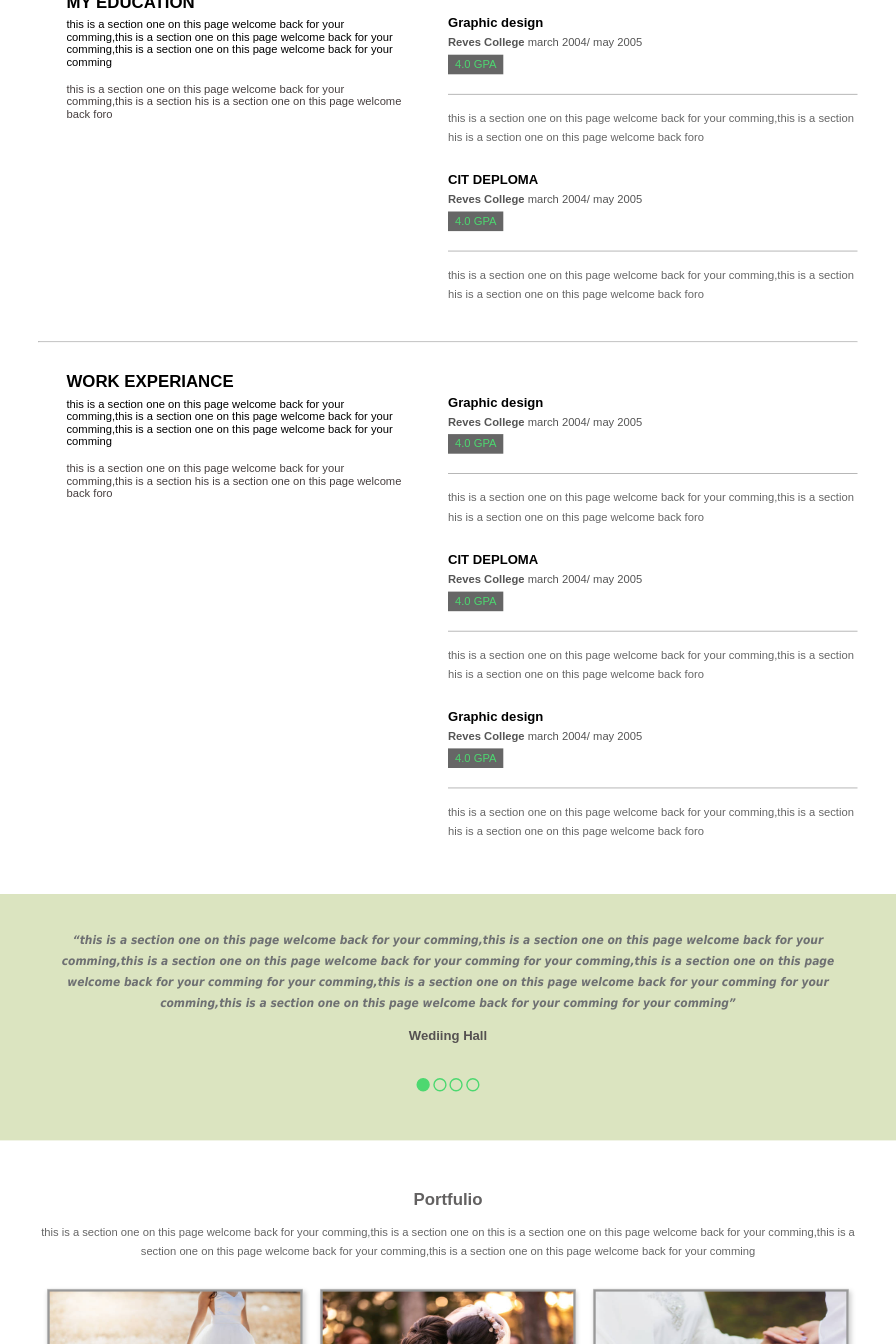
Repository: special4Party/Graduation-project-wedding-hall
Page: pages/index.html
These files come from the project's save history. The page is drawn as it stood at one moment and after the next save; the edit follows.
The browser window is 1280 px wide. The pictures show the part of the page from y = 2273 to 4193 px (the page is 5746 px tall before and 5521 px after), at 70% of full size.

Above is the page before, as saved 2022-04-02 16:25:25.

### pages/index.html
<!DOCTYPE html>
<html>
<head>
	<meta charset="utf-8">
	<title>Home Page - Spical Party</title>
	<link rel="stylesheet"  href="css/normalize.css">
	<link rel="stylesheet" href="css/cssstyleHome.css">
</head>
<body>
	<!-- start header -->
     <div class="header">
		 <div class="slider">
			 <div class="container">
				 <div class="intro">
					 <h2>Welcome</h2>
					 <button>Know More</button>
				 </div>
			 </div>
		 </div>
			<div class="navbar">
				<div class="container">

					<h2 > <span>Special</span>  Party </h2>
					<ul>
						<li class="active"><a href="#">Home</a> </li>
						<li><a href="#">About us</a></li>
						<li><a href="#">Skils</a></li>
						<li><a href="#">Contact us</a></li>
					</ul>
			    </div>
			</div>
	 </div>
	<!-- End header -->

	<!-- Start features -->
<div class="features">
	<div class="container">
		<div class="feat">
		   <h2> values</h2>
		   <p> this is a section one on this page welcome back for your comming ,this is a section one on this page welcome back for your comming</p>
		</div>
		<div class="feat">
		   <h2> Goals</h2>
		   <p> this is a section one on this page welcome back for your comming,this is a section one on this page welcome back for your comming</p>
		</div>
		<div class="feat">
			<h2> Skils</h2>
			<p> this is a section one on this page welcome back for your comming,this is a section one on this page welcome back for your comming</p>
		</div>
	</div>
</div>
	<!-- End features -->

	<!-- Start About us -->
<div class="about-us">
	<div class="container">
		<div class="image">
           <img src="../images/15.jpg" alt="test" >
		</div>
		<div class="info">
           <h2> About us </h2>
		   <p>
			this is a section one on this page welcome back for your comming,this is a section one on this page welcome back for your comming,this is a section one on this page welcome back for your comming.</p>
			<p>this is a section one on this page welcome back for your comming,this is a section one on this page welcome back for your comming,this is a section one on this page welcome back for your comming </p>
		   <div class="hobbies">
			  <!-- start about box content -->
			   <div class="content">
				    <!-- start icon div-->
					<div class="icons">
						<img src="../images/a.png" alt="">
					</div>
					<!-- End icon div-->
					<!-- start text div-->
					<div class="text">
						<h3>web design</h3>
						<p>this is a section one on this page welcome back for your comming,</p>
			        </div>
					<!-- End text div-->
			   </div>
			    <!-- End about box content -->
			   <!-- start about box content -->
			   <div class="content">
				<!-- start icon div-->
				<div class="icons">
					<img src="../images/b.png" alt="">
				</div>
				<!-- End icon div-->
				<!-- start text div-->
				<div class="text">
					<h3>markiting</h3>
					<p>this is a section one on this page welcome back for your comming,</p>
				</div>
				<!-- End text div-->
		   </div>
			<!-- End about box content -->
			<!-- start about box content -->
			<div class="content">
				<!-- start icon div-->
				<div class="icons">
					<img src="../images/c.png" alt="">
				</div>
				<!-- End icon div-->
				<!-- start text div-->
				<div class="text">
					<h3>seo</h3>
					<p>this is a section one on this page welcome back for your comming,</p>
				</div>
				<!-- End text div-->
		   </div>
			<!-- End about box content -->
			<!-- start about box content -->
			<div class="content">
				<!-- start icon div-->
				<div class="icons">
					<img src="../images/a.png" alt="">
				</div>
				<!-- End icon div-->
				<!-- start text div-->
				<div class="text">
					<h3>animation</h3>
					<p>this is a section one on this page welcome back for your comming,</p>
				</div>
				<!-- End text div-->
		   </div>
			<!-- End about box content -->
		   </div>
		</div>
	</div>
</div>
	<!-- End About us -->

	<!-- Start skills -->
<div class="my-skills">
	<div class="container">
		<div class="skills">
			<h2>my skills</h2>
			<p>this is a section one on this page welcome back for your comming,this is a section one on this page welcome back for your comming,this is a section one on this page welcome back for your comming</p>
			<p>this is a section one on this page welcome back for your comming,this is a section one on this page welcome back for your comming,this is a section one on this page welcome back for your comming</p>
			<button class="my-button">contact us</button>
		</div>
		<div class="progress">
			<div class="tools">
				<h3>HTML / CSS</h3>
				<div>
					<span style="width: 77%;">77% &nbsp</span>
				</div>
			</div>

			<div class="tools">
				<h3>php</h3>
				<div>
					<span style="width: 70%;">70% &nbsp</span>
				</div>
			</div>

			<div class="tools">
				<h3>HTML / CSS</h3>
				<div>
					<span style="width: 85%;">85% &nbsp</span>
				</div>
			</div>

			<div class="tools">
				<h3>HTML / CSS</h3>
				<div>
					<span style="width: 90%;">90% &nbsp</span>
				</div>
			</div>
		</div>
	</div>
</div>
	<!-- End Skils -->

    <!-- Start resume -->
<div class="resume">
	<div class="container">
		<h2> Resum </h2>
		<p>this is a section one on this page welcome back for your comming,this is a section one on this page welcome back for your comming,this is a section one on this page welcome back for your comming</p>
		<button class="my-button">download Resum</button>
	</div>
</div>
    <!-- End resume -->

	<!-- Start Education -->
<div class="my-education">
	<div class="container">
		<div class="main">
			<h2>my Education</h2>
			<p>this is a section one on this page welcome back for your comming,this is a section one on this page welcome back for your comming,this is a section one on this page welcome back for your comming</p>
			<p>this is a section one on this page welcome back for your comming,this is a section his is a section one on this page welcome back foro</p>
		</div>
		<div class="expe">
		    <div class="section1">
				<!--   اس اس  سي تنسيقات اله ما
				 المحتوى لالم  بس الكلاس  هاد  -->
				<h3>Graphic design</h3>
				<span><strong>Reves College</strong> march 2004/ may 2005</span>
				<span>4.0 GPA</span>
				<hr>
				<p>this is a section one on this page welcome back for your comming,this is a section his is a section one on this page welcome back foro</p>
			</div>
				<!--   اس اس  سي تنسيقات اله ما
				 المحتوى لالم  بس الكلاس  هاد  -->
			<div class="section2">
				<h3>CIT DEPLOMA</h3>
				<span><strong>Reves College</strong> march 2004/ may 2005</span>
				<span>4.0 GPA</span>
				<hr>
				<p>this is a section one on this page welcome back for your comming,this is a section his is a section one on this page welcome back foro</p>
			</div>
		</div>
		<div class="clearfix"></div>
		<hr>
		<div class="main">
			<h2>work EXPERIANCE</h2>
			<p>this is a section one on this page welcome back for your comming,this is a section one on this page welcome back for your comming,this is a section one on this page welcome back for your comming</p>
			<p>this is a section one on this page welcome back for your comming,this is a section his is a section one on this page welcome back foro</p>
		</div>
		<div class="expe">
		    <div class="cestion1">
				<!--   اس اس  سي تنسيقات اله ما
				 المحتوى لالم  بس الكلاس  هاد  -->
				<h3>Graphic design</h3>
				<span><strong>Reves College</strong> march 2004/ may 2005</span>
				<span>4.0 GPA</span>
				<hr>
				<p>this is a section one on this page welcome back for your comming,this is a section his is a section one on this page welcome back foro</p>
			</div>
				<!--   اس اس  سي تنسيقات اله ما
				 المحتوى لالم  بس الكلاس  هاد  -->
			<div class="cestion2">
				<h3>CIT DEPLOMA</h3>
				<span><strong>Reves College</strong> march 2004/ may 2005</span>
				<span>4.0 GPA</span>
				<hr>
				<p>this is a section one on this page welcome back for your comming,this is a section his is a section one on this page welcome back foro</p>
			</div>
			<div class="cestion3">
				<!--   اس اس  سي تنسيقات اله ما
				 المحتوى لالم  بس الكلاس  هاد  -->
				<h3>Graphic design</h3>
				<span><strong>Reves College</strong> march 2004/ may 2005</span>
				<span>4.0 GPA</span>
				<hr>
				<p>this is a section one on this page welcome back for your comming,this is a section his is a section one on this page welcome back foro</p>
			</div>
		</div>
	</div>
</div>
    <!-- End Education -->

	<!-- start test-imonias -->
<div class="test-imonias">
	<div class="container">
		<q>this is a section one on this page welcome back for your comming,this is a section one on this page welcome back for your comming,this is a section one on this page welcome back for your comming for your comming,this is a section one on this page welcome back for your comming for your comming,this is a section one on this page welcome back for your comming for your comming,this is a section one on this page welcome back for your comming for your comming</q>
		<h3>Wediing Hall</h3>
		<ul>
			<li class="active"></li>
			<li></li>
			<li></li>
			<li></li>
		</ul>
	</div>
</div>
	<!-- End test-imonias -->

	<!-- start portfulio -->
<div class="portfulio">
	<div class="container">
		<h2>Portfulio</h2>
		<p>this is a section one on this page welcome back for your comming,this is a section one on this is a section one on this page welcome back for your comming,this is a section one on this page welcome back for your comming,this is a section one on this page welcome back for your comming</p>
		<div class="our-work">
			<div><img src="../images/2.jpg" alt="test" width="200" height="200"></div>
			<div><img src="../images/3.jpg" alt="test" width="200" height="200"></div>
			<div><img src="../images/4.jpg" alt="test" width="200" height="200"></div>
			<div><img src="../images/5.jpg" alt="test" width="200" height="200"></div>
			<div><img src="../images/6.jpg" alt="test" width="200" height="200"></div>
			<div><img src="../images/7.jpg" alt="test" width="200" height="200"></div>
			<div><img src="../images/8.jpg" alt="test" width="200" height="200"></div>
			<div><img src="../images/9.jpg" alt="test" width="200" height="200"></div>
			<div><img src="../images/10.jpg" alt="test" width="200" height="200"></div>

		</div>
	</div>
</div>
	<!-- End portfulio -->

	<!-- start contact us-->
<div class="contact">
	<div class="container">
		<div class="info-contact">
			<h2>contact us</h2>
			<p>this is a section one on this page welcome back for your comming,this is a section one on this page welcome back for your comming,this is a section one on this page welcome back for your comming</p>
			<p>
				123 streat name<br>

				Ciro

			</p>
			<p>
				<strong>Email-@ : </strong>weddinghall@gmail.com<br>
				<strong>Phone : </strong>+9700473889
			</p>
		</div>
		<form class="form">
			<label>Name : </label>
			<input type="text">
			<label>Email Address : </label>
			<input type="email">
			<label>Phone: </label>
			<input type="tel">
			<label>Note : </label>
			<textarea></textarea>
			<input type="submit" value="Contact Us">
		</form>
	</div>
</div>
	<!-- End contact us -->

	<!-- start footer -->
<div class="footer">
	<div class="container">
		<span>copyright &copy; 2014 wedding hall</span>
		<ul>
			<li>
				<a href="http://facebook.com">
				    <img src="../images/face.png"alt="facebook">
			    </a>
			</li>
			<li>
				<a href="http://web.whatsapp.com">
				    <img src="../images/what.png"alt="whatsapp">
			    </a>
			</li>
			<li>
				<a href="http://accounts.snapchat.com">
			    	<img src="../images/snap.png"alt="snapchat">
			    </a>
			</li>
			<li>
				<a href="http://www.instagram.com">
					<img src="../images/insta.png"alt="instagram">
				</a>
			</li>
		</ul>
	</div>
</div>

	<!-- End footer-->

</body>
</html>

### pages/css/cssstyleHome.css

/* Start main rules */
body{
background-color:white;
}
.container{
    width: 1170px;
    margin: auto;
}

.clearfix{
    clear: both; /* تعالج الفلوت الخاصة باليمين واليسار */
}

/* End main rules */
/* ----------------------------------------- */
/* Start header */
.header .slider{
/*background-color: rgb(228, 177, 215); */
    height: 550px;
    background-image: url("../../images/25.jpg");
    background-size: cover;
    -webkit-background-size: cover;
    -moz-background-size: cover;
    -o-background-size: cover;
    background-position: center;
    background-repeat: no-repeat;
    color:rgb(61, 22, 151);
}

.header .slider .intro {
  height: 500px;
  padding: 250px;
  text-align: center;

}

.header .slider .intro button{
    background: none;
    padding: 10px 20px;
    margin-top: 40px;
    font-size: 17px;
    border: 2px solid rgb(123, 9, 151);
    font-weight: bold;
    font-size: 15px;
}
.header .slider .intro button:hover{
    background-color: rgb(206, 176, 204);
    font-weight: bold;
}

.header .slider .intro h2{
    margin: 0px auto;
    font-size: 45px;
    width: 200px;
    border-top: 4px solid rgb(123, 9, 151);
    border-bottom: 4px solid rgb(123, 9, 151);
    padding: 5px 0px;

}

.header .navbar{
background-color: rgb(206, 176, 204);
color: rgb(123, 9, 151);
overflow: hidden;
}

.header .navbar h2{
    float: left;
    text-transform: uppercase;
}

.header .navbar h2 span{
float: left;
color: rgb(51, 14, 136);
font-size: 40px;
}

.header .navbar ul{
list-style: none;
padding-left: 0px;
overflow: hidden;
float: right;
}

.header .navbar ul li {
    float: left;
    padding: 10px;
    text-transform: uppercase;

}

.header .navbar ul li a {
color: white;
text-decoration: none;
font-weight: bold;
}

.header .navbar ul li.active a,
.header .navbar ul li a:hover {
    color: rgb(51, 14, 136);
}
/* End header */
/* ----------------------------------------- */
/* start features */
.features{
overflow: hidden;
padding-top: 50px;
padding-bottom: 70px;
}
.features .feat{
    float: left;
    width: 33.3333%;
    height: 150px;
   /*
    background-color: rgb(185, 93, 93);
   */
}

.features .feat h2{
    text-transform: uppercase;
    color:  rgb(51, 14, 136);;

}
.features .feat p{
    line-height: 1.7;
    color: rgb(182, 155, 180);
    text-align:left;
    padding: 0px 30px 0px 0px;
}
/* End features */
/*-----------------------------------------*/
/* start about us */
.about-us{
    background-color: rgb(206, 176, 204);
    overflow: hidden;
}

.about-us .image{
    float: left;
    margin-top: 10%;
    width: 35%;
}

.about-us .image img{
    width: 100%;
}

.about-us .info{
    float:left;
    text-align: left;
    width: 65%;
}

.about-us .info h2{
    text-transform: uppercase;
    margin: 40px 0px 20px 40px;
    line-height: 1.7;
    color:  rgb(51, 14, 136);;
}

.about-us .info > p{
    margin: 0px 0px 10px 40px;
}

.about-us .info > p:last-of-type{
 /*  هاي معناها اخر براغراف بس  من البراغرافس اللي جوا الانفو اعطيها هاي الخصائص */
    margin-top: 20px;
    color: rgb(100, 41, 128);
}
.about-us .info p{
   line-height: 21.4px;
    color: rgb(100, 41, 128);
}

.about-us .info .hobbies{
    overflow: hidden;
    margin: 40px 0px 0px 40px;
}

.about-us .info .hobbies .content{
    float: left;
    width: 50%;
    min-height: 100px;
    overflow: hidden;
}
.about-us .info .hobbies .content .icons{
    float: left;
    width: 20%;
    margin-right: 5%;/* %25 =  المارجن هون مع الويدث
                 لتيكست  لويدث   بنعطيهم  75%   بضل   */

}
.about-us .info .hobbies .content .icons img{
    max-width: 100%; /* هاي عشان  صورة الايقونة ما تطلع عن الويدث اللي حطينالها ياه اللي هو 40 بكسل  */
    margin: 20px 10px 0px 0px;
 /* margin : فوق يمين تحت يسار */

}
.about-us .info .hobbies .content .text{
    float: left;
    width: 75%;

}
.about-us .info .hobbies .content .text h3{
    color:  rgb(51, 14, 136);
}
/* End about us */
/*--------------------------------------- */
/* Start skills*/
.my-skills{
    padding-top: 30px;
    padding-bottom: 50px;
    overflow: hidden;
}

.my-skills .skills ,
.my-skills .progress{
width: 50%;
float: left;
padding-top: 30px;
padding-bottom: 30px;
}

.my-skills .skills h2{
    text-transform: uppercase;
    margin: 40px 0px 20px 40px;
    line-height: 1.6;
    color:  rgb(51, 14, 136);;
}

.my-skills .skills p{
    margin: 0px 0px 10px 40px;
    color: rgb(123, 9, 151);;
}

.my-skills .skills p:last-of-type{
 /*  هاي معناها اخر براغراف بس  من البراغرافس اللي جوا الانفو اعطيها هاي الخصائص */
    margin-top: 20px;
    color: rgb(123, 9, 151);
}
.my-skills .skills button{
    margin-left: 198px;
    margin-top: 57px;
}
.my-skills .skills button:hover{
    border: 3px solid #c64bd1 ;
    color: #b454b4;
    font-size: 15px;
    font-weight: bold;
}

.my-skills .progress .tools{
    margin-left: 50px;
    color:  rgb(39, 4, 121);;
}
.my-skills .progress .tools div{
    background-color: #f7aae0 ;
    height: 25px;
}
.my-skills .progress .tools div span{
    background-color: rgb(207, 87, 201);;
    height: 25px;
    text-align: right;
    line-height: 25px;
    display: block;
    color: white;
    font-weight: bold;
}

/* End skills */
/* ------------------------------------------ */
/* Start resume */
.resume{
    background-color: rgb(206, 176, 204);
    padding-top: 50px;
    padding-bottom: 70px;
    text-align: center;
}
.resume h2{
    text-transform: uppercase;
    font-weight: bold;
    color:  rgb(51, 14, 136);
}

.resume p{
    color: rgb(123, 9, 151);
    line-height: 1.7;
}

.resume button{
    margin-top: 30px;
}
.resume button:hover{
    border: 3px solid #7c055e ;
    color: #7c055e ;
}

/* End resume */
/* ---------------------------------------------------*/
/* start education */
.my-education{
    padding-top: 30px;
    padding-bottom: 30px;
    overflow: hidden;
}
.my-education .main{
    width: 45%;
    float: left;
    margin-right: 5%;
    padding-top: 30px;
    padding-bottom: 30px;
}

.my-education .expe{
    width: 50%;
    float: left;
    padding-top: 30px;
    padding-bottom: 30px;
}

.my-education .expe h3{
    margin-top: 37px;
    margin-bottom: 8px;
}


.my-education .expe span{
    display: block;
    margin-bottom: 8px;
}

.my-education .expe span:first-of-type{
    color: #555;
}

.my-education .expe span:last-of-type{
    color: #4dd870;
    background-color: #666;
    display: inline-block;
    padding: 5px 10px;
}

.my-education .expe hr{
    margin: 20px 0px;
    background-color: #999;
   height: 1px;
   border: 0px;

}

.my-education .expe p{
    line-height: 1.7;
    color: #666;
}

.my-education .work,
.my-education .expe{
    width: 50%;
    float: left;
    padding-top: 30px;
    padding-bottom: 30px;
}

.my-education .main h2,
.my-education .work h2{
    text-transform: uppercase;
    margin: 15px 0px 20px 40px;
    line-height: 6px;

}

.my-education .main p ,
.my-education .work p
{
    margin: 0px 0px 10px 40px;
}

.my-education .main p:last-of-type{
    margin-top: 20px;
    color: rgb(71, 64, 64);
}




/* End educatiom*/
/* ------------------------------------------------*/
/* start test-imonias*/
.test-imonias{
    background-color: rgb(219, 228, 192);
    padding-top: 50px;
    padding-bottom: 50px;
    text-align: center;
}

.test-imonias q{
    color: rgb(110, 112, 114);
    font:italic bold 17px/1.8 tahoma,arial;
}

.test-imonias h3{
    color: rgb(85, 81, 81);
    margin-bottom: 30px;
}

.test-imonias ul{
    list-style: none;
    padding-left: 0;
    text-align: center;
    margin-top: 50px;
}

.test-imonias ul li{
    border: 2px solid #4dd870;
    border-radius: 20px;
    width: 15px;
    height: 15px;
    display: inline-block;
    cursor: pointer; /*  ايد  بصير الماوس شكل هاد */
}
.test-imonias ul li.active,
.test-imonias ul li:hover{

    background-color: #4dd870;
}

/* End test-imonias*/
/* ---------------------------------------------*/
/* start portfiulio*/
.portfulio{
    padding-top: 50px;
    padding-bottom: 70px;
    text-align: center;
}

.portfulio h2{
    color: rgb(99, 97, 97);
}

.portfulio p{
    line-height: 1.7;
    color: #666;
    margin-bottom: 30px;
}

.portfulio .our-work{
overflow: hidden;
}

.portfulio .our-work > div{  /* اشارة الاكبر معناها الديف اللي جواه فورا اول ابن له يعني */
float: left;
width: 33.3333%;
margin-bottom: 10px;
}
.portfulio .our-work > div img{
    width: 92%;
    margin: 10px;
    padding:3px ;
    background-color: #999;
    border: 1px solid #ccc;
    box-shadow: 2px 3px 7px #ccc;
}
/* End portfiulio*/
/* --------------------------------------------*/
/* start contact*/
.contact{
    background-color: rgb(97, 112, 107);
    overflow: hidden;
    padding-top: 50px;
    padding-bottom: 70px;
}
.contact h2{
    color: white;
    margin-left: 40px;

}
.contact p{
    color: rgb(202, 194, 194);
    margin-left: 40px;
    line-height: 1.7;
}

.contact p strong{
    color: white;
}

.contact .form label{
    display: block; /* لوحده سطر على فيلد التيكست يبقى حتى */
    color: rgb(202, 194, 194);
    margin: 10px 0px;
}



.contact .info-contact {
    width: 50%;
    float: left;
    margin-right: 5%;
}
.contact .form {
    width: 45%;
    float: left;
}

.contact .form input[type="text"],
.contact .form input[type="email"],
.contact .form input[type="tel"]{
    background-color: #4b5557;
    color: #fff;
    padding: 10px;
    border: 0px;
    width: 70%;
    margin-bottom: 10px;
}

.contact .form textarea{
    background-color: #4b5557;
    color: #fff;
    padding: 10px;
    border: 0px;
    width: 80%;
    margin-bottom: 10px;
    height: 200px;
}

.contact .form input[type="submit"]{
    background-color: #88c3cf;
    color: rgb(36, 29, 29);
    padding: 10px 20px;
    border: 0px;
    margin-top: 20px;
    font-weight: bold;
}
.contact .form input[type="submit"]:hover{
    background-color: #39b1c9;
    color: rgb(0, 0, 0);
    font-weight: bold;
}
/* End contact*/
/* ---------------------------------------------*/
/* start footer*/
.footer{
    background-color:rgb(151, 148, 133);
    padding: 20px 0px;
    overflow: hidden;
}

.footer span{
    float: right;
    padding-top: 30px;
    padding-bottom: 50px;
    width: 30%;

}

.footer ul{
    width: 50%;
    list-style: none;
    padding-left: 0px;
    float: right;
}

.footer ul li{
   display: inline-block;
   width: 40px;
   margin:0px 5px 0px ;
}

.footer ul li img{
    width: 100%;
    padding: 5px;
}
.footer ul li img:hover{
    border: 0px solid rgb(54, 53, 53);
    border-radius: 40px;
    box-shadow: 0px 1px 15px rgb(0, 0, 0);
}
/* End footer*/

/* start my freamwork */

.my-button{
    background: none;
    border: 3px solid  rgb(78, 48, 148);
    padding: 10px 30px;
    color:  rgb(78, 48, 148);
    font-weight: bold;
    box-shadow: 0px 2px 20px #d356b8;
}

/* End my freamwork */

Loaded but not shown: pages/css/normalize.css (library)

After the next save:
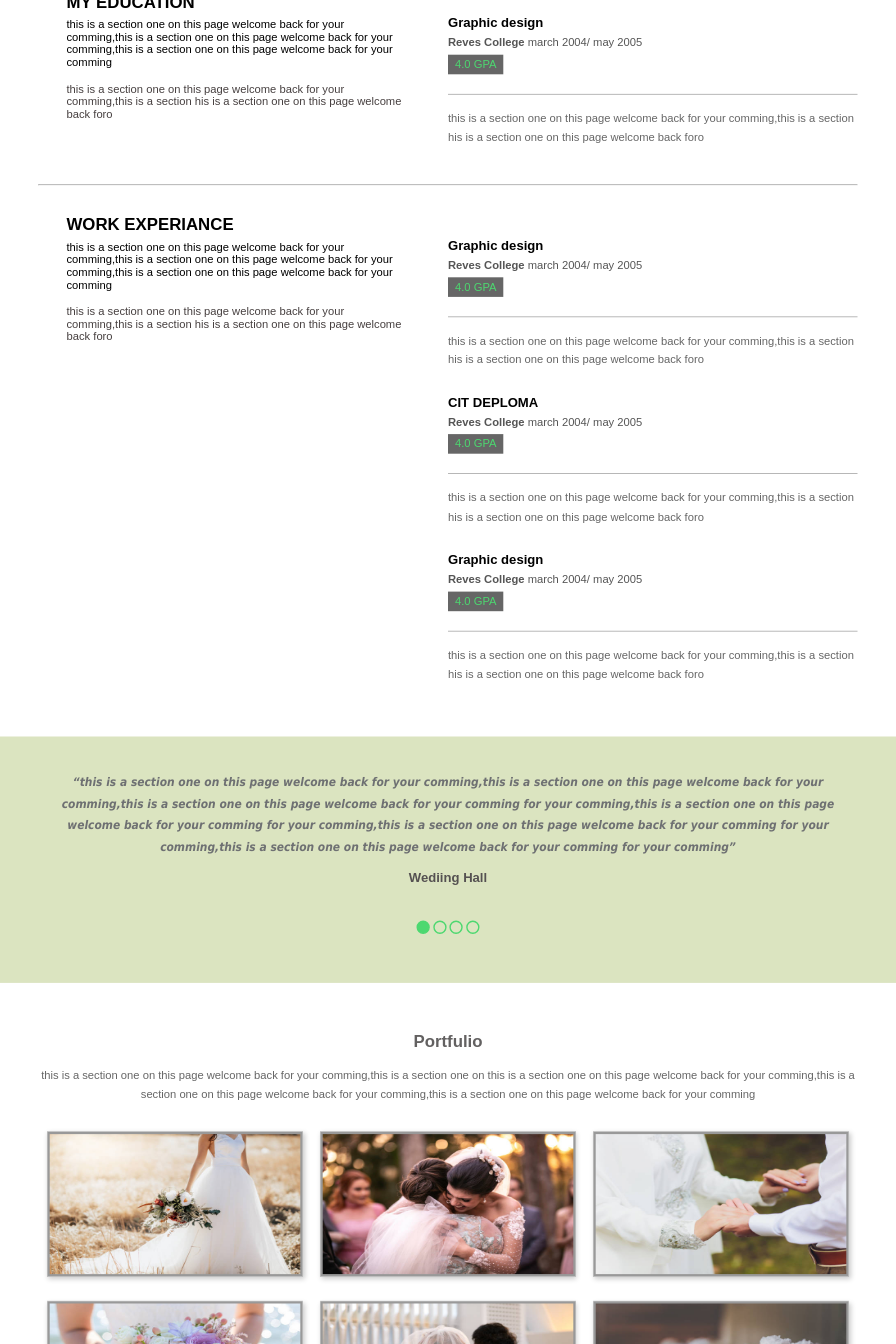
Saved 22 s later.
--- a/pages/index.html
+++ b/pages/index.html
@@ -201,13 +201,7 @@
 			</div>
 				<!--   اس اس  سي تنسيقات اله ما
 				 المحتوى لالم  بس الكلاس  هاد  -->
-			<div class="section2">
-				<h3>CIT DEPLOMA</h3>
-				<span><strong>Reves College</strong> march 2004/ may 2005</span>
-				<span>4.0 GPA</span>
-				<hr>
-				<p>this is a section one on this page welcome back for your comming,this is a section his is a section one on this page welcome back foro</p>
-			</div>
+
 		</div>
 		<div class="clearfix"></div>
 		<hr>
